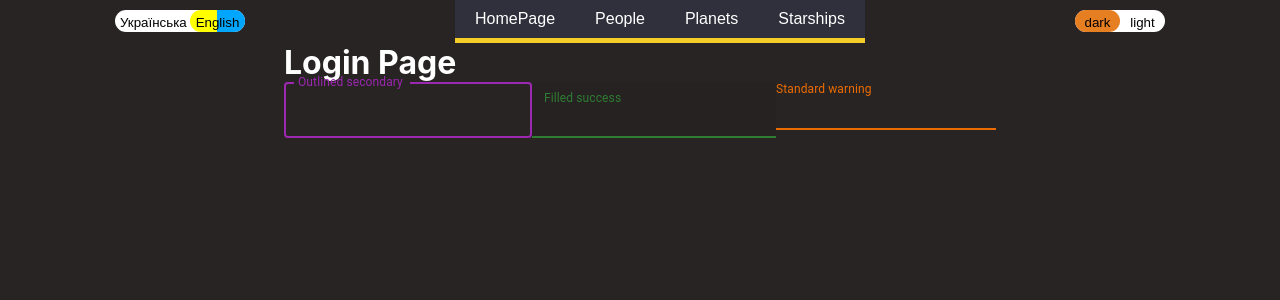
Repository: Novoselets28/star-wars-hooks
Page: /
An editor plug-in stored every save of this project. The page is shown before and after the next save, followed by the edit.
The browser window is 1280 px wide. The pictures show the whole page.
The project was rebuilt for these pictures with package versions that can differ from the ones it lists, and the page was loaded fresh each time. Also part of the build but not shown: src/components/HomePage.jsx, src/components/People/CurrentPeople.jsx, src/components/People/PeopleList.jsx, src/components/People/People.jsx, src/components/Planets/CurrentPlanet.jsx, src/components/Planets/PlanetsList.jsx, src/components/Planets/Planets.jsx, src/components/Starships/CurrentStarship.jsx and 4 more.

Above is the page before, as saved 2023-03-27 21:49:15.

After the next save:
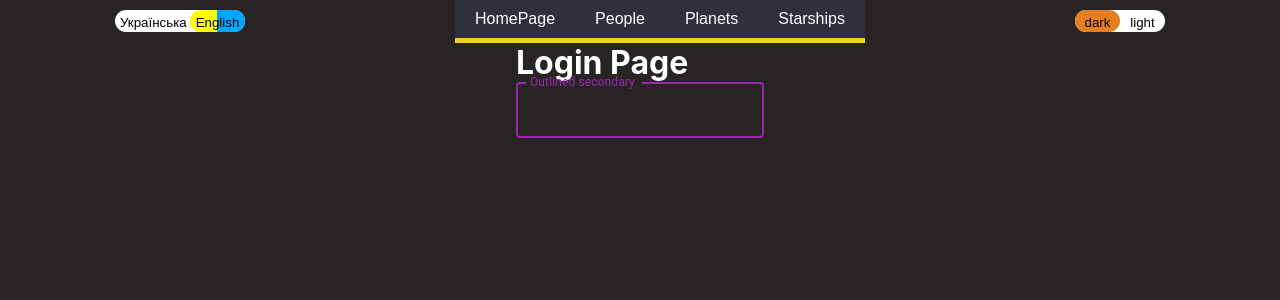
Saved 50 s later.
--- a/src/components/LoginPage.jsx
+++ b/src/components/LoginPage.jsx
@@ -32,13 +32,6 @@ const LoginPage = () => {
         <button type="submit">Login</button>
       </form> */}
       <TextField label="Outlined secondary" color="secondary" focused />
-        <TextField label="Filled success" variant="filled" color="success" focused />
-        <TextField
-          label="Standard warning"
-          variant="standard"
-          color="warning"
-          focused
-        />
     </div>
   )
 };
